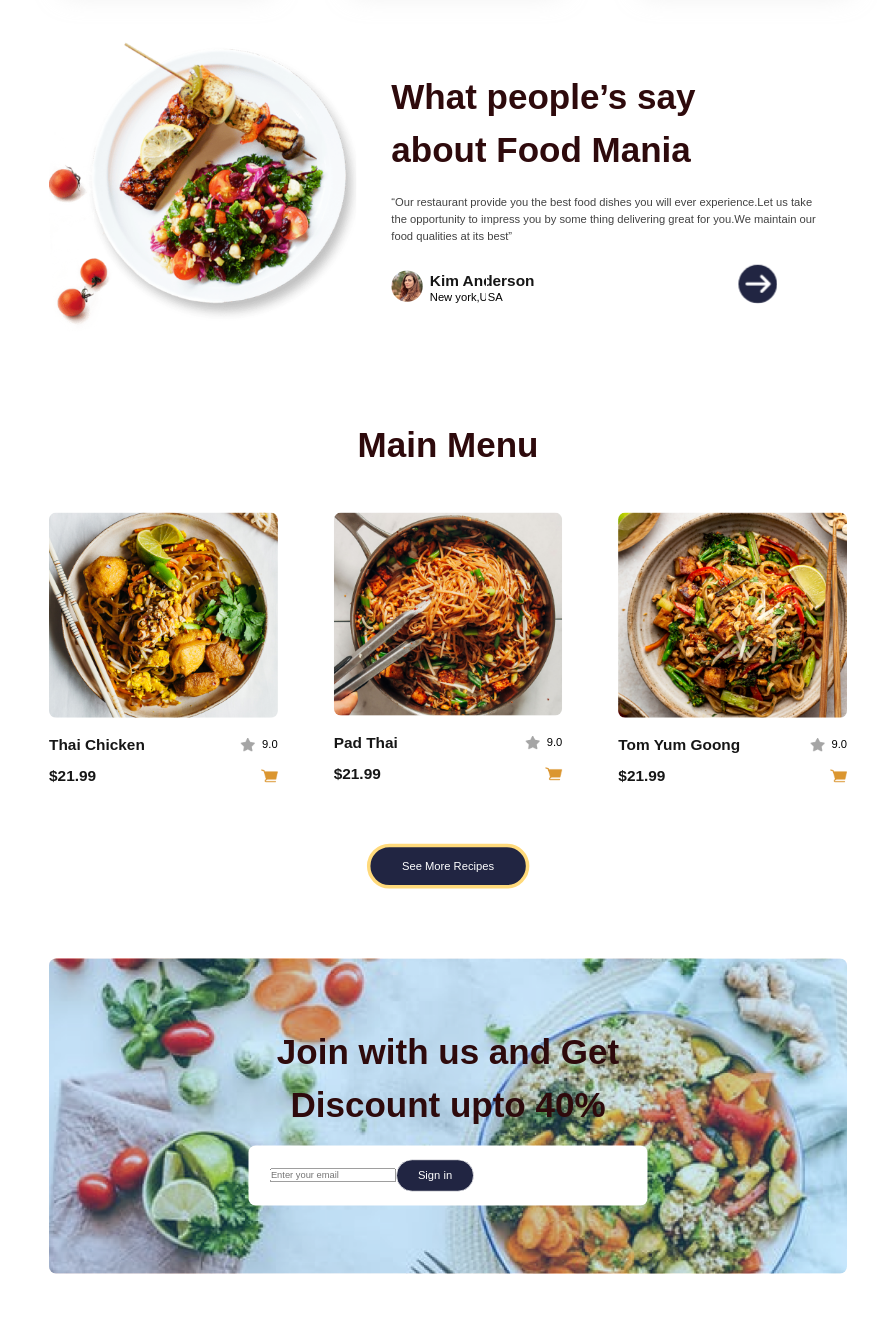
Repository: hoang0508/Figmafood
Page: index.html
The author's editor kept a copy of each file at every save. The page is drawn from the files as they stood at one save, then again after the next save.
The browser window is 1280 px wide. The pictures show the part of the page from y = 1925 to 3845 px (the page is 3845 px tall), at 70% of full size.
Backgrounds fixed to the window are drawn as part of the page. Some web libraries are served in a nearby version. The style sheet was rebuilt from its Sass, Less or Tailwind sources for each picture, by a compiler version that may differ from the author's.

Above is the page before, as saved 2021-11-08 15:41:02.

### index.html
<!DOCTYPE html>
<html lang="en">
  <head>
    <meta charset="UTF-8" />
    <meta http-equiv="X-UA-Compatible" content="IE=edge" />
    <meta name="viewport" content="width=device-width, initial-scale=1.0" />
    <title>LandingPage Food</title>
    <link
      rel="stylesheet"
      href="https://cdnjs.cloudflare.com/ajax/libs/font-awesome/4.7.0/css/font-awesome.min.css"
      integrity="sha512-SfTiTlX6kk+qitfevl/7LibUOeJWlt9rbyDn92a1DqWOw9vWG2MFoays0sgObmWazO5BQPiFucnnEAjpAB+/Sw=="
      crossorigin="anonymous"
      referrerpolicy="no-referrer"
    />
    <link rel="preconnect" href="https://fonts.googleapis.com" />
    <link rel="preconnect" href="https://fonts.gstatic.com" crossorigin />
    <link
      href="https://fonts.googleapis.com/css2?family=Poppins:wght@300;400;500;600;700&display=swap"
      rel="stylesheet"
    />
    <link
      rel="stylesheet"
      type="text/css"
      href="https://cdn.jsdelivr.net/npm/slick-carousel@1.8.1/slick/slick.css"
    />
    <link rel="stylesheet" href="./css/app.css" />
  </head>
  <body>
    <div class="wrapper">
      <header class="header">
        <div class="container">
          <div class="header-container d-flex--between">
            <div class="header-logo d-flex--center">
              <img src="./images/logo.png" alt="" />
              <img src="./images/FOOD MANIA.svg" alt="" />
            </div>
            <ul class="header-list d-flex--center">
              <li class="header-item">
                <a href="#" class="header-link">Home</a>
              </li>
              <li class="header-item">
                <a href="#" class="header-link">About us</a>
              </li>
              <li class="header-item">
                <a href="#" class="header-link">Contact us</a>
              </li>
            </ul>
            <div class="header-icon d-flex--center">
              <a href="#" class="icon-link">
                <img src="./images/icon-search.png" alt="" />
              </a>
              <a href="#" class="icon-link">
                <img src="./images/icon-cart.png" alt="" />
              </a>
              <a href="#" class="icon-link">
                <img src="./images/icon-bars.png" alt="" />
              </a>
            </div>
            <button class="button button--primary">Book now</button>
          </div>
        </div>
      </header>
      <main>
        <section class="hero">
          <div class="container">
            <div class="hero-container d-flex--between">
              <div class="hero-content">
                <h3 class="hero-title">
                  Taste the <span>best Delicious</span> dishes.
                </h3>
                <button class="button button--primary button--secondary">
                  Explore Menu
                </button>
                <div class="hero-social d-flex--center">
                  <a href="#" class="social-icon">
                    <img src="./images/facebook.png" alt="" />
                  </a>
                  <a href="#" class="social-icon">
                    <img src="./images/instagram.png" alt="" />
                  </a>
                  <a href="#" class="social-icon">
                    <img src="./images/twitter.png" alt="" />
                  </a>
                </div>
              </div>
              <div class="hero-image">
                <div class="hero-image--big">
                  <img
                    src="./images/kisspng-hamburger-street-food-seafood-fast-food-delicious-food-5a75083cceaf41 1.png"
                    alt=""
                  />
                </div>
                <div class="hero-image--small-top">
                  <img src="./images/dlf 1.png" alt="" />
                </div>
                <div class="hero-image--small-bottom">
                  <img
                    src="./images/Pad-Thai_1-removebg-preview 1.png"
                    alt=""
                  />
                </div>
              </div>
            </div>
          </div>
        </section>
        <section class="about">
          <div class="container">
            <div class="about-container d-flex--between">
              <div class="about-image">
                <img
                  src="./images/imgbin-greek-salad-recipe-vegetarian-cuisine-everyday-super-food-salad-plate-gEMC3ig2LzciXACd5pm3EKWBe-removebg-preview 1.png"
                  alt=""
                />
              </div>
              <div class="about-content">
                <h3 class="heading-title">Fresh,Healthy & Delicious Food</h3>
                <p class="text-desc">
                  Our restaurant provide you the best food dishesh you will ever
                  experience.Let us take the opportunity to impress you by some
                  thing delivering great for you.We maintain our food qualities
                  at its best.
                </p>
                <button class="button button--primary button--secondary">
                  Explore All
                </button>
              </div>
            </div>
          </div>
        </section>
        <section class="menu">
          <div class="container">
            <div class="menu-container">
              <h3 class="heading-title menu-heading">Our Categorized Menu</h3>
              <div class="menu-list">
                <div class="menu-item">
                  <div class="menu-image">
                    <img
                      src="./images/emojione-monotone_hot-beverage.svg"
                      alt=""
                    />
                  </div>
                  <h3 class="menu-title heading-title--small">Beverage</h3>
                  <p class="menu-desc">
                    We offer you the best taste from each of the sector. you
                    will love it.
                  </p>
                </div>
                <div class="menu-item">
                  <div class="menu-image">
                    <img src="./images/Vector.png" alt="" />
                  </div>
                  <h3 class="menu-title heading-title--small">Meal</h3>
                  <p class="menu-desc">
                    We offer you the best taste from each of the sector. you
                    will love it.
                  </p>
                </div>
                <div class="menu-item">
                  <div class="menu-image">
                    <img src="./images/Vector (1).png" alt="" />
                  </div>
                  <h3 class="menu-title heading-title--small">Special dish</h3>
                  <p class="menu-desc">
                    We offer you the best taste from each of the sector. you
                    will love it.
                  </p>
                </div>
              </div>
            </div>
          </div>
        </section>
        <section class="category">
          <div class="container">
            <div class="category-container">
              <div class="category-item d-flex--center">
                <div class="category-image">
                  <img src="./images/df2.png" alt="" />
                </div>
                <div class="category-content">
                  <h3 class="heading-title category-title">
                    What people’s say about Food Mania
                  </h3>
                  <p class="text-desc">
                    “Our restaurant provide you the best food dishes you will
                    ever experience.Let us take the opportunity to impress you
                    by some thing delivering great for you.We maintain our food
                    qualities at its best”
                  </p>
                  <div class="category-author d-flex--center">
                    <div class="category-author--image">
                      <img src="./images/pexels-photo-733872 1.png" alt="" />
                    </div>
                    <div class="category-info">
                      <h4 class="category-name heading-title--small">
                        Kim Anderson
                      </h4>
                      <p class="category-address">New york,USA</p>
                    </div>
                  </div>
                </div>
              </div>
              <div class="category-item d-flex--center">
                <div class="category-image">
                  <img src="./images/df2.png" alt="" />
                </div>
                <div class="category-content">
                  <h3 class="heading-title category-title">
                    What people’s say about Food Mania
                  </h3>
                  <p class="text-desc">
                    “Our restaurant provide you the best food dishes you will
                    ever experience.Let us take the opportunity to impress you
                    by some thing delivering great for you.We maintain our food
                    qualities at its best”
                  </p>
                  <div class="category-author d-flex--center">
                    <div class="category-author--image">
                      <img src="./images/pexels-photo-733872 1.png" alt="" />
                    </div>
                    <div class="category-info">
                      <h4 class="category-name heading-title--small">
                        Kim Anderson
                      </h4>
                      <p class="category-address">New york,USA</p>
                    </div>
                  </div>
                </div>
              </div>
            </div>
          </div>
        </section>
        <section class="product">
          <div class="container">
            <div class="product-container">
              <h3 class="heading-title product-title">Main Menu</h3>
              <div class="product-list">
                <div class="product-item">
                  <div class="product-image">
                    <img src="./images/veganpadthairecipe-h1 1.png" alt="" />
                  </div>
                  <div class="product-info d-flex--between">
                    <h4 class="product-name heading-title--small">
                      Thai Chicken
                    </h4>
                    <div class="product-star d-flex--center">
                      <img src="./images/icon-star.png" alt="" />
                      <span>9.0</span>
                    </div>
                  </div>
                  <div class="product-price d-flex--between">
                    <span class="product-coin heading-title--small"
                      >$21.99</span
                    >
                    <a href="#" class="product-link">
                      <img src="./images/icon-cart-product.png" alt="" />
                    </a>
                  </div>
                </div>
                <div class="product-item">
                  <div class="product-image">
                    <img src="./images/Pad-Thai 1.png" alt="" />
                  </div>
                  <div class="product-info d-flex--between">
                    <h4 class="product-name heading-title--small">Pad Thai</h4>
                    <div class="product-star d-flex--center">
                      <img src="./images/icon-star.png" alt="" />
                      <span>9.0</span>
                    </div>
                  </div>
                  <div class="product-price d-flex--between">
                    <span class="product-coin heading-title--small"
                      >$21.99</span
                    >
                    <a href="#" class="product-link">
                      <img src="./images/icon-cart-product.png" alt="" />
                    </a>
                  </div>
                </div>
                <div class="product-item">
                  <div class="product-image">
                    <img
                      src="./images/healthier-vegan-pad-thai-macro-1024x1536 1.png"
                      alt=""
                    />
                  </div>
                  <div class="product-info d-flex--between">
                    <h4 class="product-name heading-title--small">
                      Tom Yum Goong
                    </h4>
                    <div class="product-star d-flex--center">
                      <img src="./images/icon-star.png" alt="" />
                      <span>9.0</span>
                    </div>
                  </div>
                  <div class="product-price d-flex--between">
                    <span class="product-coin heading-title--small"
                      >$21.99</span
                    >
                    <a href="#" class="product-link">
                      <img src="./images/icon-cart-product.png" alt="" />
                    </a>
                  </div>
                </div>
              </div>
              <button
                class="button button--primary button--secondary button--more"
              >
                See More Recipes
              </button>
            </div>
          </div>
        </section>
        <section class="contact">
          <div class="container">
            <div class="contact-container">
              <div class="contact-content">
                <h4 class="heading-title contact-title">
                  Join with us and Get Discount upto 40%
                </h4>
                <form action="#" class="contact-form">
                  <input
                    type="text"
                    class="contact-input"
                    placeholder="Enter your email"
                  />
                  <button class="button button--primary">Sign in</button>
                </form>
              </div>
            </div>
          </div>
        </section>
      </main>
    </div>

    <script
      type="text/javascript"
      src="https://code.jquery.com/jquery-1.11.0.min.js"
    ></script>
    <script
      type="text/javascript"
      src="https://code.jquery.com/jquery-migrate-1.2.1.min.js"
    ></script>
    <script
      type="text/javascript"
      src="https://cdn.jsdelivr.net/npm/slick-carousel@1.8.1/slick/slick.min.js"
    ></script>
    <script src="./script/app.js"></script>
  </body>
</html>

### script/app.js
$(".category-container").slick({
  infinite: true,
  slidesToShow: 1,
  slidesToScroll: 3,
  nextArrow: `<button type='button' class='slick-next pull-right'><img src="./images/arrow-icon.png" /></button>`,
  prevArrow: false,
});

### sass/app.scss
@import "variable";
@import "reset";
@import "global";
@import "typography";
@import "header";
@import "hero";
@import "about";
@import "menu";
@import "category";
@import "category";
@import "product";
@import "contact";
@import "footer";

### sass/variable.scss
$primary-color: #212542;
$secondary-color: #2e0a0c;
$border-color: #ffda7b;
$text-color-box: #424242;
$text-color-small: #747474;
$heading-color: #161616;

### sass/reset.scss
html {
  box-sizing: border-box;
}
* {
  margin: 0;
  padding: 0;
}
*,
*:before,
*:after {
  box-sizing: border-box;
}
input,
textarea,
select,
button {
  outline: none;
}
input {
  line-height: normal;
}
label,
button {
  cursor: pointer;
}
a {
  text-decoration: none;
}
img {
  display: block;
  max-width: 100%;
}

ul,
li {
  list-style: none;
}

### sass/global.scss
.wrapper {
  max-width: 1440px;
  margin: 0 auto;
  overflow: hidden;
}

.container {
  max-width: 1170px;
  margin: 0 auto;
  padding: 0 15px;
}

body {
  font-family: "Popins", sans-serif;
  line-height: 1;
  font-size: 16px;
}

body::-webkit-scrollbar {
  width: 7px;
}

body::-webkit-scrollbar-thumb {
  background-color: $primary-color;
  border-radius: 10px;
}

.d-flex--center {
  display: flex;
  align-items: center;
}

.d-flex--between {
  display: flex;
  justify-content: space-between;
  align-items: center;
}

.button {
  display: inline-block;
  color: #fff;
  background-color: $primary-color;
  border: 0;
  &--primary {
    font-size: 16px;
    font-weight: 500;
    line-height: calc(24 / 16);
    padding: 10px 30px;
    background: #212542;
    border: 1.5px solid #ffffff;
    border-radius: 100px;
    display: flex;
    align-items: center;
    justify-content: center;
  }
  &--secondary {
    padding: 15px 45px;
    border-width: 5px;
    border-color: $border-color;
  }
  &--more {
    display: inline-block;
    position: relative;
    left: 50%;
    transform: translateX(-50%);
  }
}

### sass/typography.scss
.heading-title {
  font-size: 50px;
  font-weight: 600;
  line-height: calc(87 / 58);
  color: $secondary-color;
}

.text-desc {
  font-size: 16px;
  font-weight: 500;
  line-height: calc(27 / 18);
  padding: 25px 0 35px;
  color: $text-color-box;
}

.heading-title--small {
  font-size: 22px;
  line-height: calc(33 / 22);
  font-weight: 600;
  color: $heading-color;
}

### sass/_header.scss
.header {
  margin-top: 50px;
  margin-bottom: 121px;
  &-logo {
    gap: 10px;
  }
  &-list {
    gap: 0 90px;
    font-size: 18px;
    font-weight: 500;
  }
  &-item {
    position: relative;
  }
  &-link {
    position: relative;
    color: #000000;
  }
  &-link:after {
    content: "";
    position: absolute;
    display: block;
    width: 0;
    height: 3px;
    background-color: $primary-color;
    bottom: -8px;
    border-radius: 5px;
    transition: all 0.3s linear;
  }
  &-link:hover::after {
    width: 100%;
    transition: all 0.3s linear;
  }
  &-icon {
    gap: 0 50px;
  }
}

### sass/_hero.scss
.hero {
  padding-bottom: 120px;
  &-container {
    align-items: stretch;
  }
  &-content {
    max-width: 455px;
    width: 100%;
  }
  &-title {
    font-size: 61px;
    line-height: calc(91 / 61);
    color: $secondary-color;
    font-weight: 600;
    padding-bottom: 25px;
    span {
      display: block;
    }
  }
  &-social {
    padding-top: 50px;
    gap: 0 25px;
    a.social-icon {
      width: 40px;
      height: 40px;
      border: 2px solid $border-color;
      border-radius: 100rem;
      display: flex;
      justify-content: center;
      align-items: center;
    }
  }
  &-image {
    position: relative;
  }
  &-image--big {
    position: relative;
  }
  &-image--small-top {
    position: absolute;
    left: 0;
    top: 50%;
    transform: translateX(50%);
    width: 100px;
  }
  &-image--small-bottom {
    position: absolute;
    bottom: 70px;
    right: 100px;
  }
}

### sass/_about.scss
.about {
  padding-bottom: 135px;
  &-container {
    gap: 170px;
  }
  &-content {
    max-width: 600px;
    width: 100%;
  }
}

### sass/_menu.scss
.menu {
  padding-bottom: 100px;
  &-heading {
    text-align: center;
    padding-bottom: 100px;
  }
  &-list {
    display: grid;
    grid-template-columns: repeat(3, 1fr);
    grid-gap: 0px 100px;
  }
  &-item {
    display: flex;
    align-items: center;
    justify-content: center;
    flex-direction: column;
    background: #ffffff;
    box-shadow: 12px 36px 32px rgba(228, 228, 228, 0.5);
    border-radius: 25px;
    padding: 45px 50px;
  }
  &-image {
    padding-bottom: 28px;
  }
  &-title {
    padding-bottom: 22px;
  }
  &-desc {
    text-align: center;
    font-size: 17px;
    line-height: calc(20 / 13);
    color: $text-color-small;
  }
}

### sass/_category.scss
.category {
  padding-bottom: 125px;
  &-item {
    gap: 50px;
  }
  &-content {
    max-width: 625px;
    width: 100%;
  }
  &-title {
    max-width: 500px;
    width: 100%;
  }
  &-author {
    gap: 10px;
  }
  &-author--image img {
    width: 45px;
    height: 45px;
    border-radius: 100rem;
    object-fit: cover;
  }
}

// slick slider
.slick-initialized .slick-slide {
  display: flex;
  align-items: center;
}

button.slick-next {
  display: block;
  position: absolute;
  right: 100px;
  bottom: 10%;
  width: 55px;
  height: 55px;
  background-color: $primary-color;
  border-radius: 100rem;
  display: flex !important;
  justify-content: center;
  align-items: center;
  border: 0;
}

### sass/_product.scss
.product {
  padding-bottom: 100px;
  &-title {
    text-align: center;
    padding-bottom: 58px;
  }
  &-list {
    display: grid;
    grid-template-columns: repeat(3, 1fr);
    grid-gap: 0px 80px;
    padding-bottom: 80px;
  }
  &-image {
    border-radius: 10px;
    overflow: hidden;
    margin-bottom: 22px;
    img {
      width: 100%;
      height: 100%;
      object-fit: cover;
    }
  }
  &-info {
    padding-bottom: 12px;
  }
  &-star {
    gap: 10px;
  }
}

### sass/_contact.scss
.contact {
  padding-bottom: 100px;
  &-container {
    background: url("../images/contact-image.png") center / cover no-repeat
      fixed;
    height: 450px;
    overflow: hidden;
    border-radius: 10px;
    object-fit: cover;
    position: relative;
  }
  &-container::after {
    content: "";
    position: absolute;
    top: 0;
    left: 0;
    width: 100%;
    height: 100%;
    background-color: #129bf6;
    opacity: 0.2;
    z-index: 0;
  }
  &-content {
    position: absolute;
    top: 50%;
    left: 50%;
    transform: translate(-50%, -50%);
    z-index: 1;
  }
  &-title {
    text-align: center;
    padding-bottom: 20px;
  }
  &-form {
    background-color: #fff;
    border-radius: 10px;
    display: flex;
    align-items: center;
    padding: 20px 30px;
  }
}

Loaded but not shown: sass/_footer.scss (no stored copy; drawn as an empty file)

After the next save:
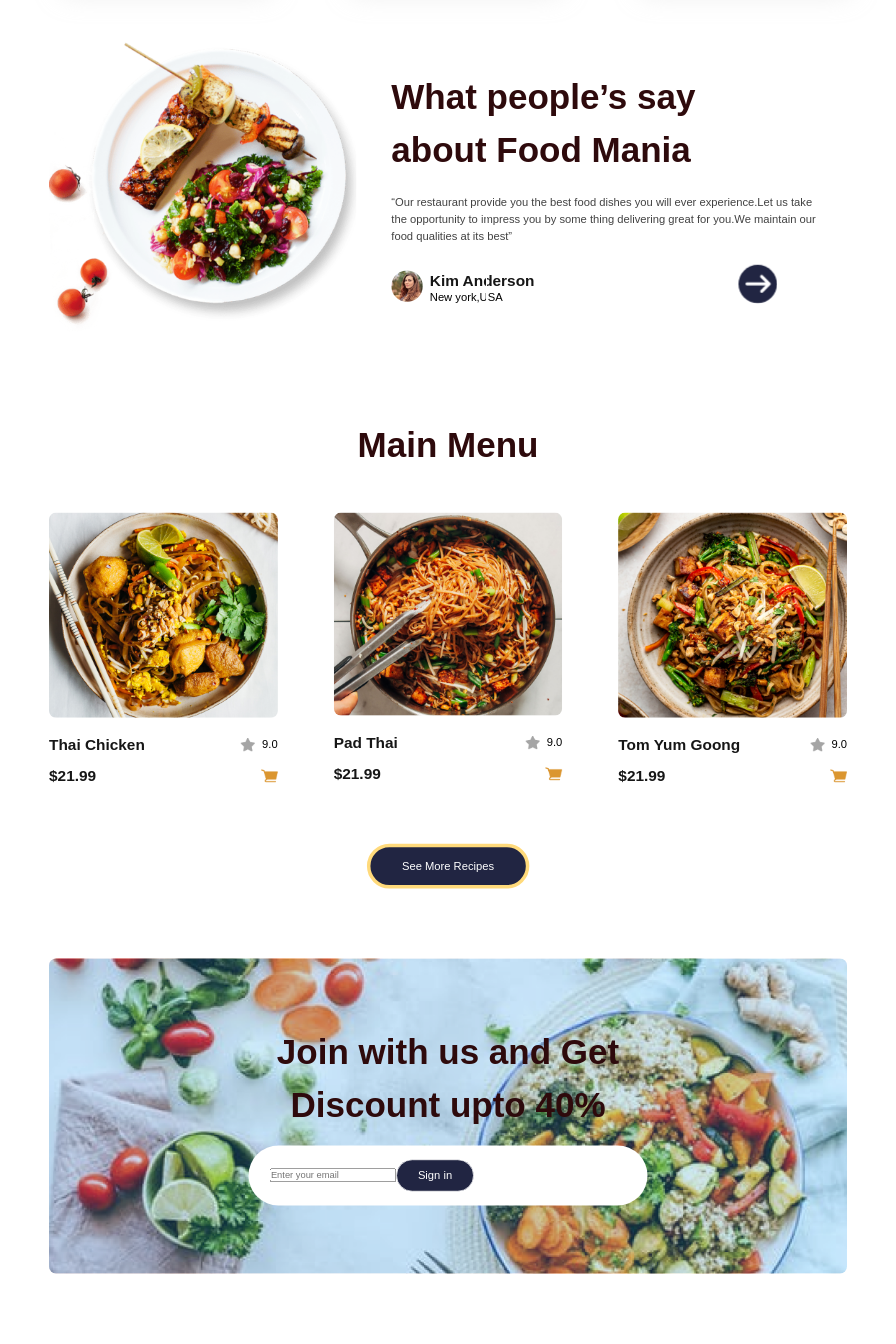
Saved 17 s later.
--- a/sass/_contact.scss
+++ b/sass/_contact.scss
@@ -33,7 +33,7 @@
   }
   &-form {
     background-color: #fff;
-    border-radius: 10px;
+    border-radius: 100rem;
     display: flex;
     align-items: center;
     padding: 20px 30px;
